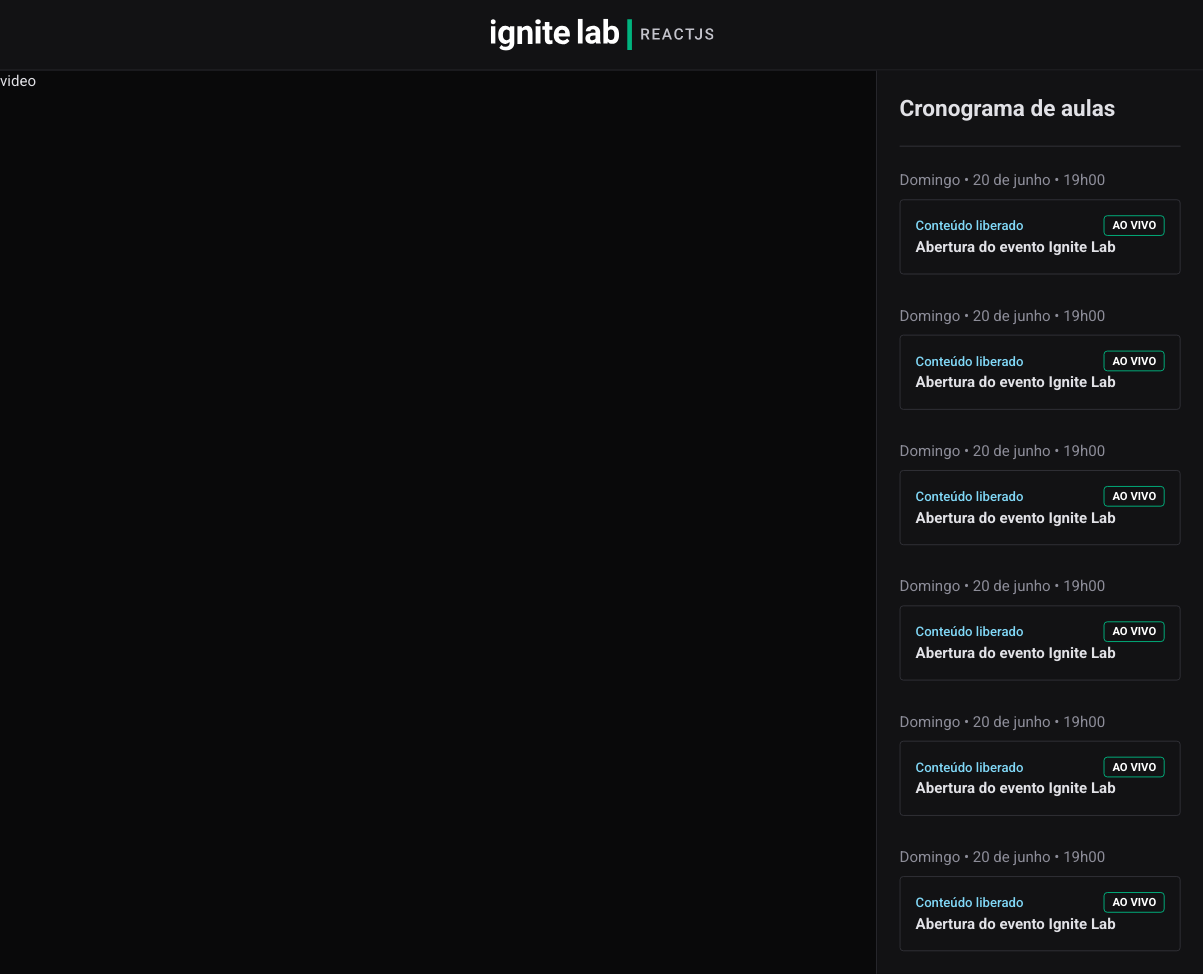
Repository: andynadvorny/event-platform
Page: /
These files come from the project's save history. The page is drawn as it stood at one moment and after the next save; the edit follows.
The browser window is 1280 px wide. The pictures show the whole page, at 94% of full size.
The project was rebuilt for these pictures with package versions that can differ from the ones it lists, and the page was loaded fresh each time. Also part of the build but not shown: vite.config.ts.

Above is the page before, as saved 2022-06-23 14:38:45.

### src/App.tsx
import { Event } from './pages/Event'

function App() {
  return (
    <Event />
  )
}

export default App

### src/lib/apollo.ts
import { ApolloClient, InMemoryCache } from "@apollo/client";

export const client = new ApolloClient({
  uri: 'https://api-sa-east-1.graphcms.com/v2/cl4q028zp2n6q01xs9d4d26wj/master',
  cache: new InMemoryCache()
});

### src/pages/Event.tsx
import { Header } from '../components/Header'
import { Sidebar } from '../components/Sidebar'
import { Video } from '../components/Video'

export function Event() {
  return (
    <div className="flex flex-col min-h-screen">
      <Header />
      <main className="flex flex-1">
        <Video />
        <Sidebar />
      </main>
    </div>
  )
}

### src/components/Sidebar.tsx
import { Lesson } from "./Lesson";

export function Sidebar() {
  return (
    <aside className="w-[348px] bg-gray-700 p-6 border-l border-gray-600">
      <span className="font-bold text-2xl pb-6 mb-6 border-b border-gray-500 block">
        Cronograma de aulas
      </span>
      <div className="flex flex-col gap-8">
        <Lesson />
        <Lesson />
        <Lesson />
        <Lesson />
        <Lesson />
        <Lesson />
      </div>
    </aside>
  )
}

### src/components/Video.tsx
export function Video() {
  return (
    <div className="flex-1">
      video
    </div>
  )
}

### src/components/Logo.tsx
export function Logo() {
  return (
    <svg
      xmlns="http://www.w3.org/2000/svg"
      width="237"
      height="34"
      fill="none"
      viewBox="0 0 237 34"
    >
      <path
        fill="#fff"
        d="M.002 3.112a2.49 2.49 0 01.165-.987c.12-.314.304-.595.535-.83A2.906 2.906 0 012.615.572c.698 0 1.374.257 1.912.723.23.24.412.524.536.837a2.701 2.701 0 010 1.979 2.568 2.568 0 01-.536.837 2.889 2.889 0 01-1.907.723 2.901 2.901 0 01-1.908-.723 2.458 2.458 0 01-.538-.84 2.645 2.645 0 01-.172-.996zm4.96 23.146H.273V7.862h4.689v18.397zM8.012 16.973c0-2.853.686-5.145 2.055-6.883a6.653 6.653 0 015.528-2.606 5.869 5.869 0 014.802 2.09l.2-1.751h4.538v17.95a7.891 7.891 0 01-1.12 4.246 7.243 7.243 0 01-3.147 2.752 11.155 11.155 0 01-4.742.94c-1.378 0-2.74-.279-4.008-.812a7.08 7.08 0 01-2.946-2.11l2.208-3.02a5.905 5.905 0 004.543 2.08 4.356 4.356 0 003.104-1.059 3.938 3.938 0 001.103-2.993v-.994a5.775 5.775 0 01-4.555 1.935 6.647 6.647 0 01-3.05-.652 6.615 6.615 0 01-2.408-1.967c-1.397-1.752-2.085-4.089-2.085-6.942v-.21h-.025l.005.006zm4.997.355a6.723 6.723 0 001.026 3.956 3.233 3.233 0 002.799 1.443c.651.045 1.3-.088 1.878-.39a3.52 3.52 0 001.396-1.305v-7.825a3.448 3.448 0 00-1.374-1.305 3.504 3.504 0 00-1.86-.39 3.28 3.28 0 00-1.61.365 3.22 3.22 0 00-1.219 1.103c-.688.975-1.036 2.418-1.036 4.348zM33.098 7.833l.158 2.196a6.527 6.527 0 012.371-1.927 6.38 6.38 0 012.971-.62c1.97 0 3.438.597 4.39 1.79.953 1.194 1.456 2.936 1.486 5.293v12.249h-4.962V14.683a3.367 3.367 0 00-.684-2.344 3.086 3.086 0 00-1.069-.598 3.008 3.008 0 00-1.211-.13 3.349 3.349 0 00-1.821.454c-.553.32-1.01.794-1.313 1.367v13.37H28.45V7.845l4.647-.012zM47.512 3.112a2.304 2.304 0 01.185-.988 2.42 2.42 0 01.59-.831A3.439 3.439 0 0150.404.57c.772 0 1.52.256 2.117.723.508.486.792 1.142.792 1.826 0 .683-.284 1.34-.792 1.826a3.417 3.417 0 01-2.11.723c-.77 0-1.517-.257-2.11-.723a2.47 2.47 0 01-.594-.839 2.342 2.342 0 01-.19-.994h-.005zm5.483 23.149h-5.18V7.86h5.18v18.4zM62.454 3.334v4.612h3.107v3.677h-3.107v9.382c-.05.53.091 1.063.395 1.495a1.824 1.824 0 001.473.45c.476.002.95-.035 1.421-.114v3.803a9.672 9.672 0 01-2.939.449c-3.398 0-5.128-1.775-5.19-5.32V11.644h-2.642V7.968h2.643V3.356h4.841v-.025l-.002.003zM76.487 27.08a9.277 9.277 0 01-6.759-2.55c-1.74-1.699-2.605-3.957-2.605-6.797v-.494a11.295 11.295 0 011.098-5.08 8.141 8.141 0 013.111-3.465 8.72 8.72 0 014.59-1.22c2.577 0 4.62.815 6.098 2.449 1.478 1.633 2.226 3.94 2.226 6.929v2.055h-12.01a4.665 4.665 0 001.473 2.971 4.487 4.487 0 003.111 1.111 5.426 5.426 0 004.548-2.115l2.476 2.781a7.506 7.506 0 01-3.07 2.507 9.81 9.81 0 01-4.287.916v.002zm-.594-15.514a3.127 3.127 0 00-2.428 1.012 5.405 5.405 0 00-1.188 2.912h7.006v-.405a3.749 3.749 0 00-.908-2.608 3.252 3.252 0 00-2.45-.908h-.03l-.002-.003zM97.771 26.259h-4.957V0h4.957V26.26zM112.209 26.259c-.227-.444-.392-.997-.496-1.659-1.196 1.333-2.751 2.002-4.666 2.002-1.811 0-3.314-.523-4.504-1.572-1.191-1.049-1.786-2.372-1.786-3.966 0-1.96.725-3.464 2.179-4.513 1.453-1.049 3.553-1.58 6.3-1.59h2.273v-1.06c0-.854-.22-1.54-.659-2.051-.44-.513-1.131-.77-2.078-.77-.832 0-1.486.2-1.957.6-.474.4-.708.945-.708 1.64h-4.941c0-1.07.331-2.062.992-2.973.662-.91 1.597-1.626 2.804-2.144 1.206-.518 2.564-.778 4.069-.778 2.28 0 4.089.573 5.429 1.718 1.34 1.145 2.009 2.756 2.009 4.83v8.017c.012 1.754.256 3.082.735 3.983v.29h-4.992l-.003-.004zm-4.086-3.435c.728 0 1.402-.163 2.016-.486.614-.326 1.071-.76 1.367-1.308v-3.181h-1.846c-2.472 0-3.79.854-3.948 2.564l-.017.291c0 .614.217 1.123.649 1.523.434.4 1.026.6 1.779.6v-.003zM136.58 17.183c0 2.963-.632 5.273-1.898 6.931-1.265 1.659-3.032 2.488-5.3 2.488-2.006 0-3.608-.77-4.805-2.308l-.222 1.967h-4.444V.001h4.94v9.418c1.14-1.332 2.638-2 4.496-2 2.256 0 4.025.828 5.308 2.487 1.283 1.658 1.923 3.992 1.923 7v.274l.002.003zm-4.94-.358c0-1.868-.296-3.233-.889-4.094-.592-.861-1.475-1.29-2.65-1.29-1.572 0-2.655.643-3.247 1.932v7.299c.604 1.298 1.697 1.95 3.282 1.95 1.584 0 2.643-.788 3.146-2.36.239-.752.358-1.897.358-3.437z"
      ></path>
      <path
        fill="#C4C4CC"
        d="M164.51 17.501h-2.283v4.53h-2.048v-11.78h4.143c1.36 0 2.408.306 3.149.915.74.61 1.108 1.493 1.108 2.648 0 .787-.19 1.449-.57 1.98-.38.532-.911.94-1.59 1.226l2.646 4.906v.106h-2.194l-2.364-4.531h.003zm-2.283-1.65h2.105c.691 0 1.229-.176 1.619-.524.39-.348.582-.824.582-1.429 0-.604-.18-1.12-.538-1.466-.358-.345-.893-.523-1.606-.533h-2.162V15.85zM179.066 16.773h-4.839v3.625h5.656v1.634h-7.704V10.25h7.648v1.65h-5.6v3.253h4.839v1.62zM189.803 19.29h-4.565l-.955 2.744h-2.127l4.452-11.783h1.836l4.459 11.783h-2.137l-.963-2.744zm-3.99-1.65h3.415l-1.707-4.89-1.708 4.89zM204.716 18.197c-.119 1.256-.583 2.238-1.392 2.941-.81.703-1.885 1.056-3.228 1.056-.938 0-1.764-.222-2.48-.668-.715-.445-1.266-1.079-1.656-1.898-.387-.82-.589-1.772-.607-2.858v-1.1c0-1.11.198-2.09.59-2.937.392-.846.96-1.5 1.695-1.96.736-.458 1.587-.688 2.554-.688 1.301 0 2.347.353 3.139 1.057.792.703 1.254 1.7 1.385 2.99h-2.039c-.096-.846-.343-1.458-.74-1.833-.397-.375-.977-.563-1.745-.563-.89 0-1.574.326-2.05.977-.479.652-.721 1.605-.733 2.863v1.044c0 1.273.227 2.245.683 2.917.457.668 1.123 1.004 2.004 1.004.805 0 1.409-.18 1.814-.543.405-.363.661-.962.77-1.804h2.038l-.002.003zM216.481 11.902h-3.674v10.132h-2.031V11.902h-3.642V10.25h9.347v1.65zM222.759 10.251h2.039v8.262c0 1.127-.353 2.023-1.057 2.687-.703.664-1.633.995-2.788.995-1.229 0-2.179-.311-2.848-.93-.669-.62-1.004-1.484-1.004-2.59h2.038c0 .627.156 1.096.467 1.412.31.316.76.474 1.347.474.55 0 .989-.183 1.315-.545.326-.366.489-.867.489-1.51V10.25h.002zM234.952 18.999c0-.518-.183-.918-.545-1.197-.363-.279-1.022-.563-1.972-.849-.95-.286-1.705-.604-2.265-.955-1.074-.674-1.612-1.555-1.612-2.638 0-.95.388-1.732 1.163-2.347.774-.614 1.779-.922 3.015-.922.819 0 1.55.15 2.194.454a3.597 3.597 0 011.513 1.29c.367.558.55 1.177.55 1.858h-2.038c0-.614-.193-1.095-.578-1.443-.385-.348-.938-.524-1.656-.524-.668 0-1.189.144-1.557.43-.37.286-.555.686-.555 1.197 0 .432.2.792.6 1.08.399.29 1.056.57 1.974.842.918.271 1.653.582 2.208.93.556.348.963.748 1.222 1.197.259.452.387.977.387 1.582 0 .982-.375 1.762-1.127 2.342-.753.58-1.775.87-3.063.87a5.755 5.755 0 01-2.352-.473c-.715-.316-1.27-.75-1.668-1.308-.397-.555-.594-1.204-.594-1.942h2.048c0 .669.222 1.187.664 1.555.441.367 1.075.55 1.902.55.713 0 1.246-.143 1.607-.432.357-.288.538-.671.538-1.145l-.003-.002z"
      ></path>
      <path fill="#00B37E" d="M150.271 33.146h-4.958V.57h4.958v32.576z"></path>
    </svg>
  );
}

### src/components/Lesson.tsx
export function Lesson() {
  return (
    <a href="#">
      <span className="text-gray-300">
        Domingo • 20 de junho • 19h00
      </span>

      <div className="rounded border border-gray-500 p-4 mt-2">
        <header className="flex items-center justify-between">
          <span className="text-sm text-blue-500 font-medium">
            Conteúdo liberado
          </span>
          <span className="text-xs rounded py-[2px] px-2 border border-green-300 text-white font-bold">
            AO VIVO
          </span>
        </header>
        <strong>
          Abertura do evento Ignite Lab
        </strong>
      </div>
    </a>
  )
}

### tailwind.config.js
/** @type {import('tailwindcss').Config} */
module.exports = {
  content: [
    './src/**/*.tsx'
  ],
  theme: {
    extend: {
      fontFamily: {
        sans: 'Roboto, sans-serif'
      },
      colors: {
        green: {
          300: '#00B37E',
          500: '#00875F',
          700: '#015F43',
        },
        blue: {
          500: '#81D8F7',
        },
        orange: {
          500: '#FBA94C',
        },
        red: {
          500: '#F75A68',
        },
        gray: {
          100: '#E1E1E6',
          200: '#C4C4CC',
          300: '#8D8D99',
          500: '#323238',
          600: '#29292E',
          700: '#121214',
          900: '#09090A'
        }
      }
    },
  },
  plugins: [],
}

Loaded but not shown: index.html (common file); src/main.tsx (common file); src/styles/global.css (common file); src/components/Header.tsx (common file)

After the next save:
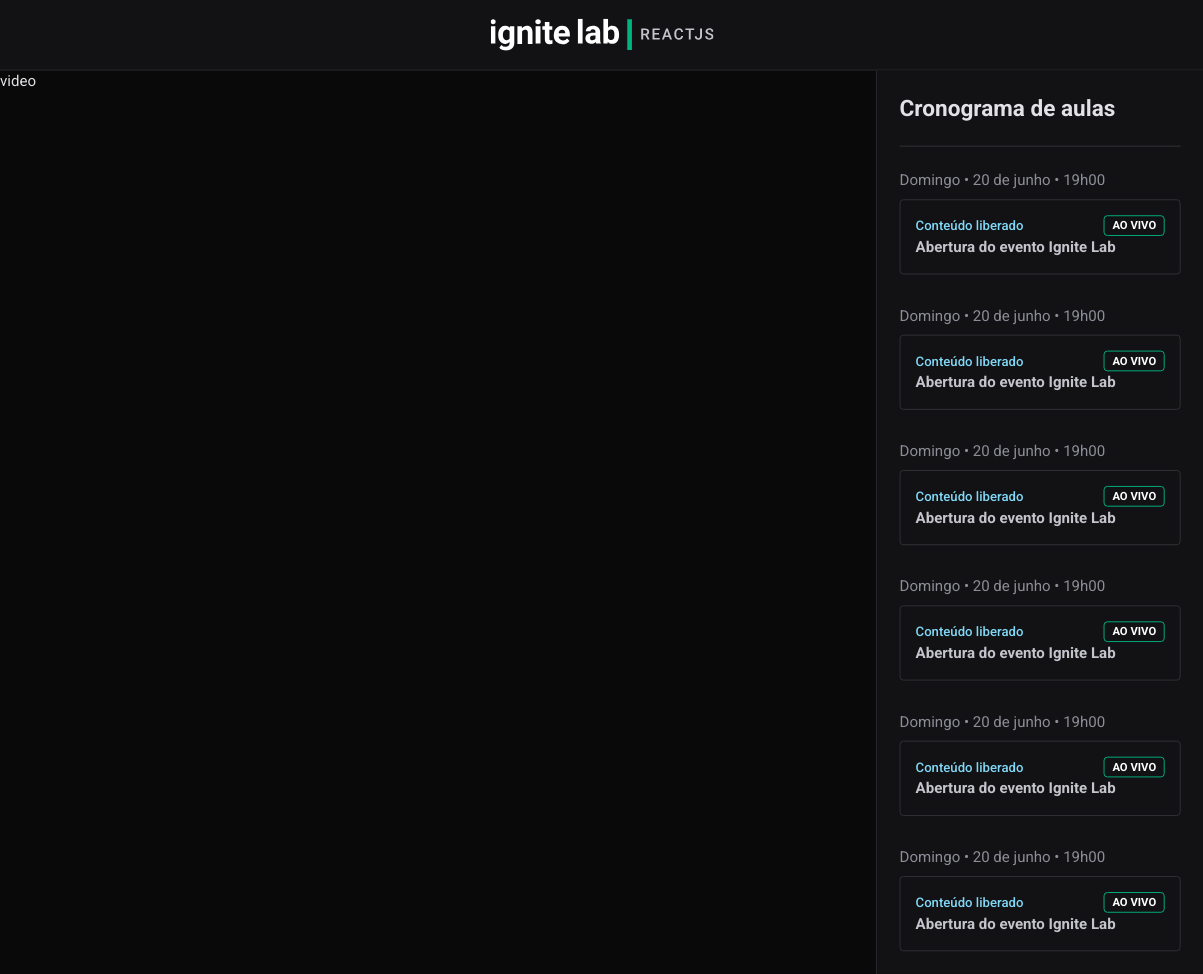
Saved 64 s later.
--- a/src/components/Lesson.tsx
+++ b/src/components/Lesson.tsx
@@ -14,7 +14,7 @@
             AO VIVO
           </span>
         </header>
-        <strong>
+        <strong className="text-gray-200 mt-5">
           Abertura do evento Ignite Lab
         </strong>
       </div>
